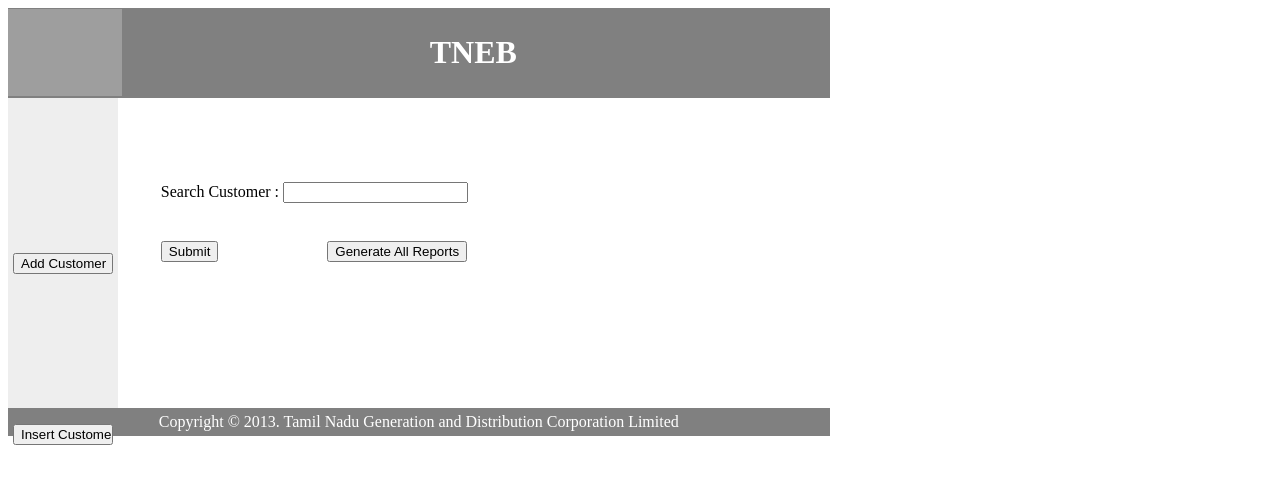
Repository: vjbrocode/Hackathon
Page: http://localhost/TNEB_billing/BillReport.jsp
An editor plug-in stored every save of this project. The page is shown before and after the next save, followed by the edit.
The browser window is 1280 px wide. The pictures show the whole page.
Pictures or frames that could not be fetched are drawn as grey boxes. Some web libraries are served in a nearby version. The page is served by Tomcat 9. Other server files are loaded and not shown.

Above is the page before, as saved 2015-07-03 01:09:39.

### workspace-Pradeep/TNEB billing/WebContent/BillReport.jsp
<%@ page language="java" contentType="text/html; charset=ISO-8859-1"
   pageEncoding="ISO-8859-1"%>
<!DOCTYPE html PUBLIC "-//W3C//DTD HTML 4.01 Transitional//EN" "http://www.w3.org/TR/html4/loose.dtd">
<html>
   <head>
      <meta http-equiv="Content-Type" content="text/html; charset=ISO-8859-1">
      <title>TNEB</title>
      <style>
	     #container{
			width:65%;
		 }
         #header {
         background-color:grey;
         color:white;
         text-align:center;
         padding:5px;
         }
         #nav {
         line-height:30px;
         background-color:#eeeeee;
         height:300px;
         width:100px;
         float:left;
         padding:5px;
         }
         #section {
         width:350px;
         float:left;
         padding:10px;
		  margin-top: 9%;
		  margin-left: 4%;
         }
         #footer {
         background-color:grey;
         color:white;
         clear:both;
         text-align:center;
         padding:5px;
         }
      </style>
   </head>
   <script src="https://ajax.googleapis.com/ajax/libs/jquery/1.11.3/jquery.min.js"></script>
   <script>
   function myfunction(){
     $('#section').html('');
   }
   function myReportfun(){
	   var divhtml = 'Search Customer : <input type="text" value=""  name="report" />';
			   divhtml = divhtml+'<input type="submit" value="Submit" />';
				divhtml = divhtml+'<input type="submit" value="Generate All Reports" name="report" style="margin-top: 11%; margin-left: 30%;" />';
		$('#section').html(divhtml);
   }
   </script>
   <body>
      <form action="serv/bill" method="post">
	  <div id="container">
         <div id="header">
			<img src="C:\Users\Administrator\Desktop\tneblogo.jpg" style="width: 114px; height: 87px; margin-top: -4px; margin-left: -5px; float: left;"/>
            <h1>TNEB</h1>
         </div>
         <div id="nav">
            <input type="button" value="Add Customer" onclick="myfunction();" style="width:100%;margin-top: 150%;">
            <input type="button" value="Insert Customer" onclick="myReportfun();" style="width:100%; margin-top: 150%;">
         </div>
         <div id="section">
             Search Customer : <input type="text" value=""  name="report" />
 	         <input type="submit" value="Submit" />
  	         <input type="submit" value="Generate All Reports" name="report" style="margin-top: 11%; margin-left: 30%;" />
         </div>
         <div id="footer">
           Copyright © 2013.  Tamil Nadu Generation and Distribution Corporation Limited
         </div>
		</div>
      </form>
   </body>
</html>

After the next save:
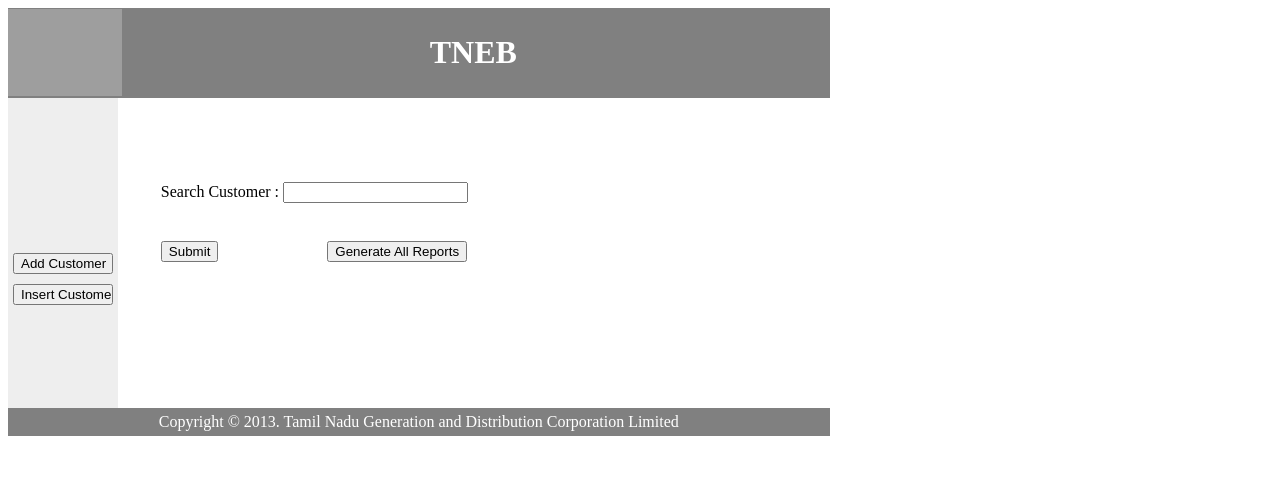
Saved 38 s later.
--- a/workspace-Pradeep/TNEB billing/WebContent/BillReport.jsp
+++ b/workspace-Pradeep/TNEB billing/WebContent/BillReport.jsp
@@ -60,7 +60,7 @@
          </div>
          <div id="nav">
             <input type="button" value="Add Customer" onclick="myfunction();" style="width:100%;margin-top: 150%;">
-            <input type="button" value="Insert Customer" onclick="myReportfun();" style="width:100%; margin-top: 150%;">
+            <input type="button" value="Insert Customer" onclick="myReportfun();" style="width:100%; margin-top: 10%;">
          </div>
          <div id="section">
              Search Customer : <input type="text" value=""  name="report" />
